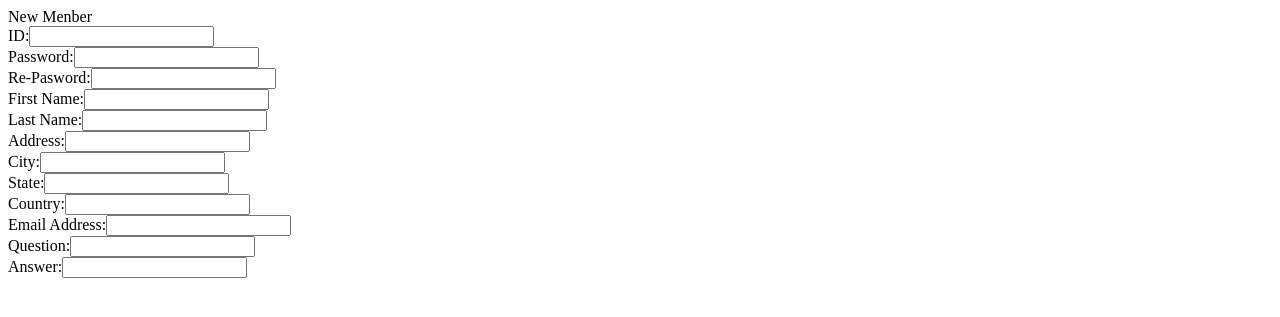
Repository: sheep9590/Test
Page: eclipse-workspace/Prj03/WebRoot/Register.html
These files come from the project's save history. The page is drawn as it stood at one moment and after the next save; the edit follows.
The browser window is 1280 px wide. The pictures show the whole page.

Above is the page before, as saved 2021-09-08 16:12:49.

### eclipse-workspace/Prj03/WebRoot/Register.html
<!DOCTYPE html>
<html>
<body>
New Menber
     <form >
     ID:<input type="text"><br>
     Password:<input type="password"><br>
     Re-Pasword:<input type="text"><br>
     First Name:<input type="password"><br>
     Last Name:<input type="text"><br>
     Address:<input type="password"><br>
     City:<input type="text"><br>
     State:<input type="password"><br>
     Country:<input type="text"><br>
     Email Address:<input type="password"><br>
     Question:<input type="text"><br>
     Answer:<input type="password"><br>
     </form>
</body>
</html>

After the next save:
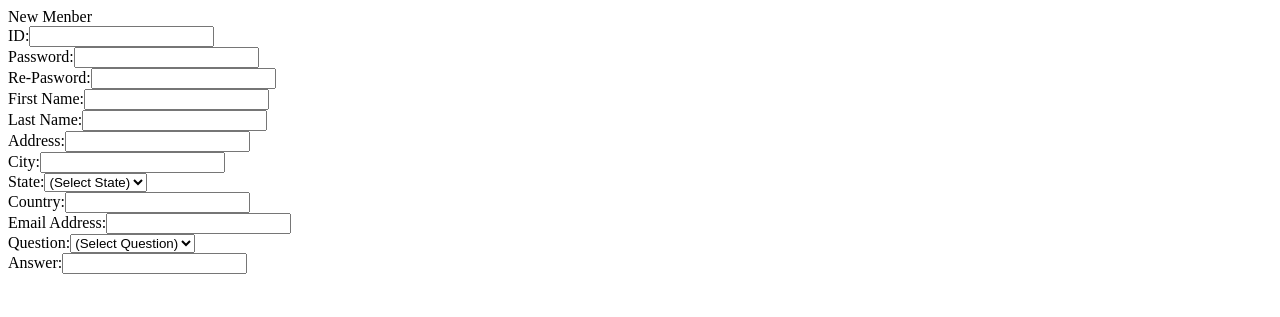
Saved 5 min 53 s later.
--- a/eclipse-workspace/Prj03/WebRoot/Register.html
+++ b/eclipse-workspace/Prj03/WebRoot/Register.html
@@ -5,16 +5,20 @@ New Menber
      <form >
      ID:<input type="text"><br>
      Password:<input type="password"><br>
-     Re-Pasword:<input type="text"><br>
-     First Name:<input type="password"><br>
+     Re-Pasword:<input type="password"><br>
+     First Name:<input type="text"><br>
      Last Name:<input type="text"><br>
-     Address:<input type="password"><br>
+     Address:<input type="text"><br>
      City:<input type="text"><br>
-     State:<input type="password"><br>
+     State:<select>
+     <option>(Select State)</option>
+     </select><br>
      Country:<input type="text"><br>
-     Email Address:<input type="password"><br>
-     Question:<input type="text"><br>
-     Answer:<input type="password"><br>
+     Email Address:<input type="text"><br>
+     Question:<select>
+     <option>(Select Question)</option>
+     </select><br>
+     Answer:<input type="text"><br>
      </form>
 </body>
 </html>
